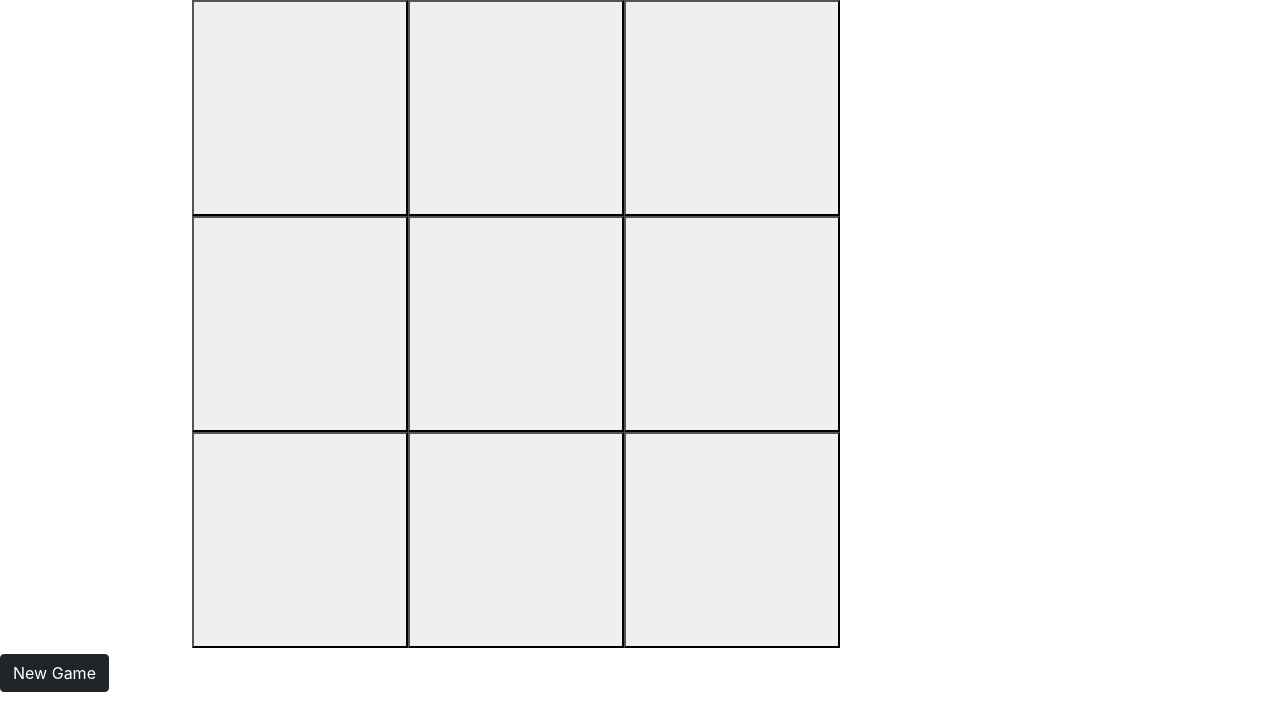
Repository: napan24/tic-tac-toe
Page: /
These files come from the project's save history. The page is drawn as it stood at one moment and after the next save; the edit follows.
The browser window is 1280 px wide. The pictures show the whole page.
The project was rebuilt for these pictures with package versions that can differ from the ones it lists, and the page was loaded fresh each time. Also part of the build but not shown: src/App.css.

Above is the page before, as saved 2022-06-15 12:48:16.

### public/index.html
<!DOCTYPE html>
<html lang="en">
  <head>
    <meta charset="utf-8" />
    <link rel="icon" href="%PUBLIC_URL%/favicon.ico" />
    <meta name="viewport" content="width=device-width, initial-scale=1" />
    <meta name="theme-color" content="#000000" />
    <meta
      name="description"
      content="Web site created using create-react-app"
    />
    <link rel="apple-touch-icon" href="%PUBLIC_URL%/logo192.png" />
    <!--
      manifest.json provides metadata used when your web app is installed on a
      user's mobile device or desktop. See https://developers.google.com/web/fundamentals/web-app-manifest/
    -->
    <link rel="manifest" href="%PUBLIC_URL%/manifest.json" />
    <!--
      Notice the use of %PUBLIC_URL% in the tags above.
      It will be replaced with the URL of the `public` folder during the build.
      Only files inside the `public` folder can be referenced from the HTML.

      Unlike "/favicon.ico" or "favicon.ico", "%PUBLIC_URL%/favicon.ico" will
      work correctly both with client-side routing and a non-root public URL.
      Learn how to configure a non-root public URL by running `npm run build`.
    -->
    <link href="https://cdn.jsdelivr.net/npm/bootstrap@5.1.3/dist/css/bootstrap.min.css" rel="stylesheet" integrity="sha384-1BmE4kWBq78iYhFldvKuhfTAU6auU8tT94WrHftjDbrCEXSU1oBoqyl2QvZ6jIW3" crossorigin="anonymous">
    <script src="https://cdn.jsdelivr.net/npm/bootstrap@5.1.3/dist/js/bootstrap.bundle.min.js" integrity="sha384-ka7Sk0Gln4gmtz2MlQnikT1wXgYsOg+OMhuP+IlRH9sENBO0LRn5q+8nbTov4+1p" crossorigin="anonymous"></script>
    <title>React App</title>
  </head>
  <body>
    <noscript>You need to enable JavaScript to run this app.</noscript>
    <div id="root"></div>
    <!--
      This HTML file is a template.
      If you open it directly in the browser, you will see an empty page.

      You can add webfonts, meta tags, or analytics to this file.
      The build step will place the bundled scripts into the <body> tag.

      To begin the development, run `npm start` or `yarn start`.
      To create a production bundle, use `npm run build` or `yarn build`.
    -->
  </body>
</html>

### src/App.js
import {useEffect} from 'react';
import logo from './logo.svg';
import './App.css';
import { FontAwesomeIcon } from '@fortawesome/react-fontawesome';
import { faXmark } from '@fortawesome/free-solid-svg-icons';
import { faCircle } from '@fortawesome/free-regular-svg-icons';
import './tik.css';
import { useState } from 'react';
import cross from './cross.jpeg';
import circle from './circle.png';
/* <FontAwesomeIcon icon={faXmark} size="5x" /> */
/* <FontAwesomeIcon icon={faCircle} size="5x"/> */

// const cl=event.currentTarget.id;
// const el = document.getElementById(cl);
// el.append(a);
function App() {
  const [board,setBoard]=useState([[" "," "," "],[" "," "," "],[" "," "," "]]);
  const [curr,setCurr]=useState(false);
  const [row,setRow]=useState(0);
  const [col,setCol]=useState(0);
  const [win,setWin]=useState(false);
  const [winner,setWinner]=useState("");
  function update(r,c){
    setBoard((prevstate)=>{
      let newBoard=[...prevstate];
      newBoard[r][c]=curr?"/":"+";
      return newBoard;
    });
    setRow(r);
    setCol(c);
  }
  useEffect(() => {
    func();
  }, [row,col]);
  useEffect(() => {
    if(win==true){
      document.getElementById("win").style.display="inline";
    }
  }, [win]);

  function func(){
    if(board[row][col]===" "){
      return;
    }
    let count=0;
    let i=row;
    while(i<3){
      if(board[i][col]==board[row][col]){
        count++;
      }
      i++;
    }
    if(count==3){
      setWinner(board[row][col]);
      setWin(true);
      return;
    }
    count--;
    i=row;
    while(i>=0){
      if(board[i][col]==board[row][col]){
        count++;
      }
      i--;
    }
    if(count==3){
      setWinner(board[row][col]);
      setWin(true);
      return;
    }
    let j=col;
    count=0;
    while(j<3){
      if(board[row][j]==board[row][col]){
        count++;
      }
      j++;
    }
    if(count==3){
      setWinner(board[row][col]);
      setWin(true);
      return;
    }
    count--;
    j=col;
    while(j>=0){
      if(board[row][j]==board[row][col]){
        count++;
      }
      j--;
    }
    if(count==3){
      setWinner(board[row][col]);
      setWin(true);
      return;
    }
    count=0;
    i=row;
    j=col;
    while(i>=0&&j>=0){
      if(board[i][j]==board[row][col]){
        count++;
      }
      i--;
      j--;
    }
    if(count==3){
      setWinner(board[row][col]);
      setWin(true);
      return;
    }
    count--;
    i=row;
    j=col;
    while(i<3&&j<3){
      if(board[i][j]==board[row][col]){
        count++;
      }
      i++;
      j++;
    }
    if(count==3){
      setWinner(board[row][col]);
      setWin(true);
      return;
    }
    count=0;
    i=row;
    j=col;
    while(i>=0&&j<3){
      if(board[i][j]==board[row][col]){
        count++;
      }
      i--;
      j++;
    }
    if(count==3){
      setWinner(board[row][col]);
      setWin(true);
      return;
    }
    count--;
    i=row;
    j=col;
    while(i<3&&j>=0){
      if(board[i][j]==board[row][col]){
        count++;
      }
      i++;
      j--;
    }
    if(count==3){
      setWinner(board[row][col]);
      setWin(true);
      return;
    }
  }
  function Clear(){
    setWin(false);
    setWinner("");
    setBoard([[" "," "," "],[" "," "," "],[" "," "," "]]);
    document.getElementById("r3column1").style.background="none";
    document.getElementById("r3column2").style.background="none";
    document.getElementById("r3column3").style.background="none";
    document.getElementById("r2column1").style.background="none";
    document.getElementById("r2column2").style.background="none";
    document.getElementById("r2column3").style.background="none";
    document.getElementById("r1column1").style.background="none";
    document.getElementById("r1column2").style.background="none";
    document.getElementById("r1column3").style.background="none";
    document.getElementById("win").style.display="none";
  }
  const handleClick = event => {
    if(win==true){
      return;
    }
    const cl=event.currentTarget.id;
    document.getElementById(cl).style.background =curr?"url("+cross+")":"url("+circle+")";
    document.getElementById(cl).style.backgroundSize="cover";
    document.getElementById(cl).style.backgroundRepeat="no-repeat";
    let a;
    if(cl=="r1column1"){
      update(0,0);
    }
    if(cl=="r1column2"){
      update(0,1);
    }
    if(cl=="r1column3"){
      update(0,2);
    }
    if(cl=="r2column1"){
      update(1,0);
    }
    if(cl=="r2column2"){
      update(1,1);
    }
    if(cl=="r2column3"){
      update(1,2);
    }
    if(cl=="r3column1"){
      update(2,0);
    }
    if(cl=="r3column2"){
      update(2,1);
    }
    if(cl=="r3column3"){
      update(2,2);
    }
    setCurr(!curr);
  };
  const box={
    height:"30vmin",
    width:"30vmin"
  }
  return (
    <>
    <div id="mainblock">
      <div id="win" class="alert alert-success" style={{display:"none",position:"absolute",left:"50%"}} role="alert">
      {curr?<FontAwesomeIcon icon={faCircle} size="3x"/>:<FontAwesomeIcon icon={faXmark} size="2x" />}
      <span style={{fontSize:"24px"}}> &nbsp; is the winner</span>
      </div>
      <div id="row1" style={{ display: "flex", justifyContent: "center", alignContent: "center" }}>
        <button id="r1column1" onClick={handleClick} style={box}></button>
        <button id="r1column2" onClick={handleClick} style={box}></button>
        <button id="r1column3" onClick={handleClick} style={box}></button>
      </div>
      <div id="row2" style={{zIndex:"2", display: "flex", justifyContent: "center", alignContent: "center" }}>
        <button id="r2column1" onClick={handleClick} style={box}></button>
        <button id="r2column2" onClick={handleClick} style={box}></button>
        <button id="r2column3" onClick={handleClick} style={box}></button>
      </div>
      <div id="row" style={{ display: "flex", justifyContent: "center", alignContent: "center" }}>
        <button id="r3column1" onClick={handleClick} style={box}></button>
        <button id="r3column2" onClick={handleClick} style={box}></button>
        <button id="r3column3" onClick={handleClick} style={box}></button>
      </div>
    </div>
    <div>
    <button onClick={Clear} type="button" class="btn btn-dark">New Game</button>
    </div>
  </>
  );
}

export default App;

### src/tik.css
@media (max-width:500px) {
    #mainblock{
        position:relative;
        left:2vw;
        display: inline-block;
    }
}
@media (max-width:2560px) and (min-width:1601px){
    #mainblock{
        position: relative;
        left:30vw;
        display: inline-block;
    }
}
@media (max-width:1600px) and (min-width:1301px){
    #mainblock{
        position: relative;
        left:25vw;
        display: inline-block;
    }
}
@media (max-width:1300px) and (min-width:1175px){
    #mainblock{
        position: relative;
        left:15vw;
        display: inline-block;
    }
}
@media (max-width:1174px) and (min-width:901px){
    #mainblock{
        position: relative;
        left:8vw;
        display: inline-block;
    }
}
@media (max-width:900px) and (min-width:501px){
    #mainblock{
        position: relative;
        left:5vw;
        display: inline-block;
    }
}

Loaded but not shown: src/index.js (common file); src/index.css (common file); src/reportWebVitals.js (common file)

After the next save:
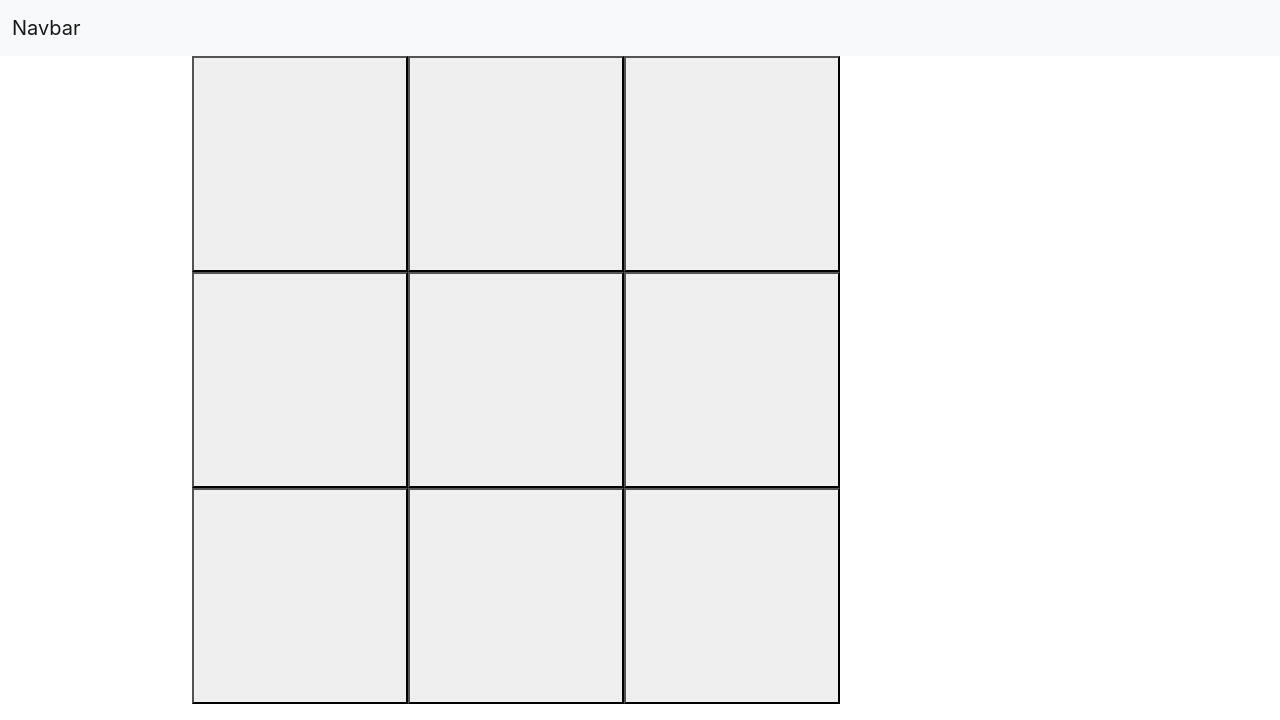
Saved 49 s later.
--- a/src/App.js
+++ b/src/App.js
@@ -215,6 +215,13 @@ function App() {
   }
   return (
     <>
+    <nav class="navbar navbar-light bg-light">
+  <div class="container-fluid">
+    <a class="navbar-brand">Navbar</a>
+
+  </div>
+</nav>
+
     <div id="mainblock">
       <div id="win" class="alert alert-success" style={{display:"none",position:"absolute",left:"50%"}} role="alert">
       {curr?<FontAwesomeIcon icon={faCircle} size="3x"/>:<FontAwesomeIcon icon={faXmark} size="2x" />}
@@ -237,8 +244,7 @@ function App() {
       </div>
     </div>
     <div>
-    <button onClick={Clear} type="button" class="btn btn-dark">New Game</button>
-    </div>
+  </div>
   </>
   );
 }
